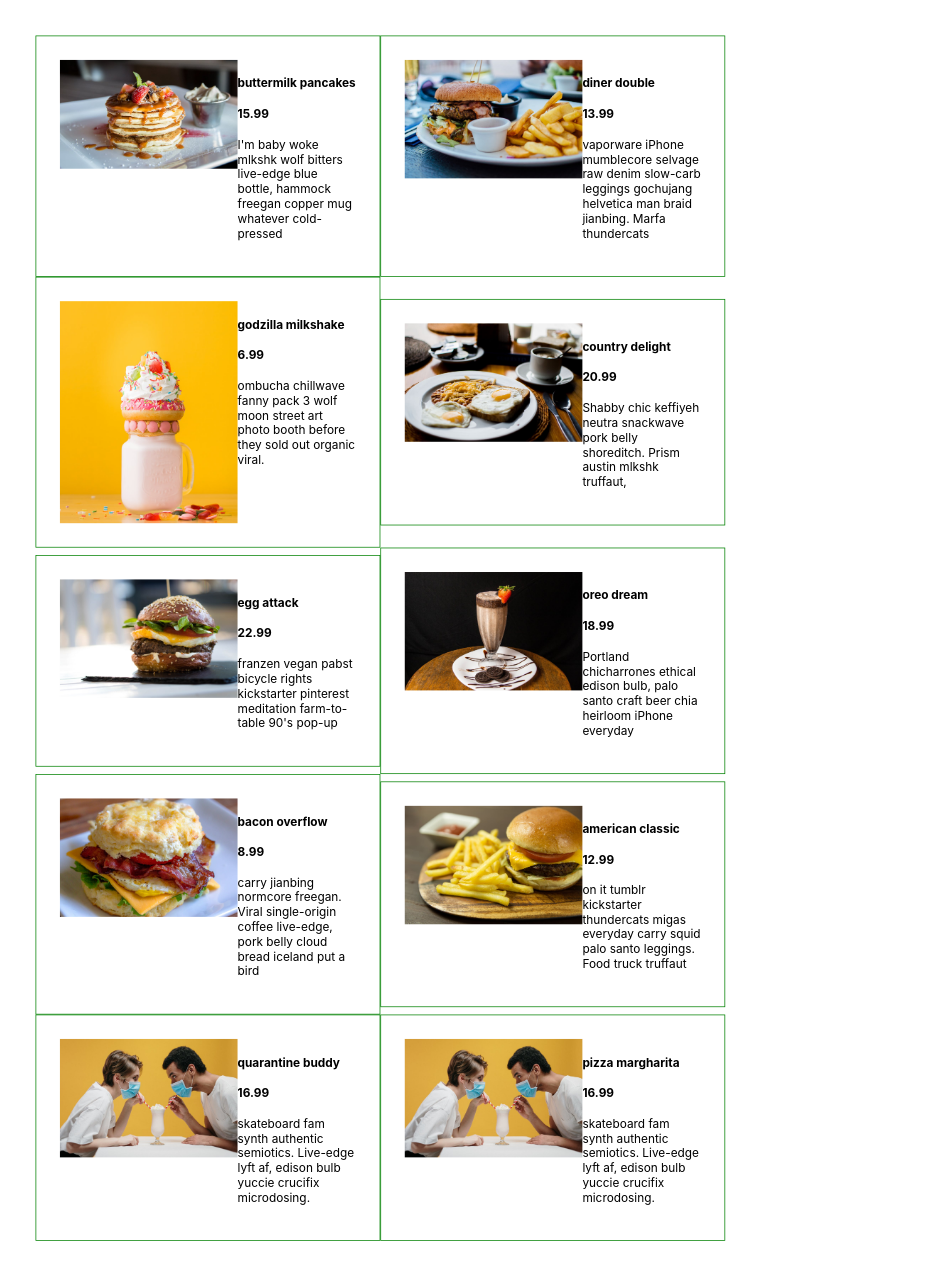
Repository: gligor99/menu-ts-react
Page: /
An editor plug-in stored every save of this project. The page is shown before and after the next save, followed by the edit.
The browser window is 1280 px wide. The pictures show the whole page, at 74% of full size.
The project was rebuilt for these pictures with package versions that can differ from the ones it lists, and the page was loaded fresh each time.

Above is the page before, as saved 2021-11-24 23:01:52.

After the next save:
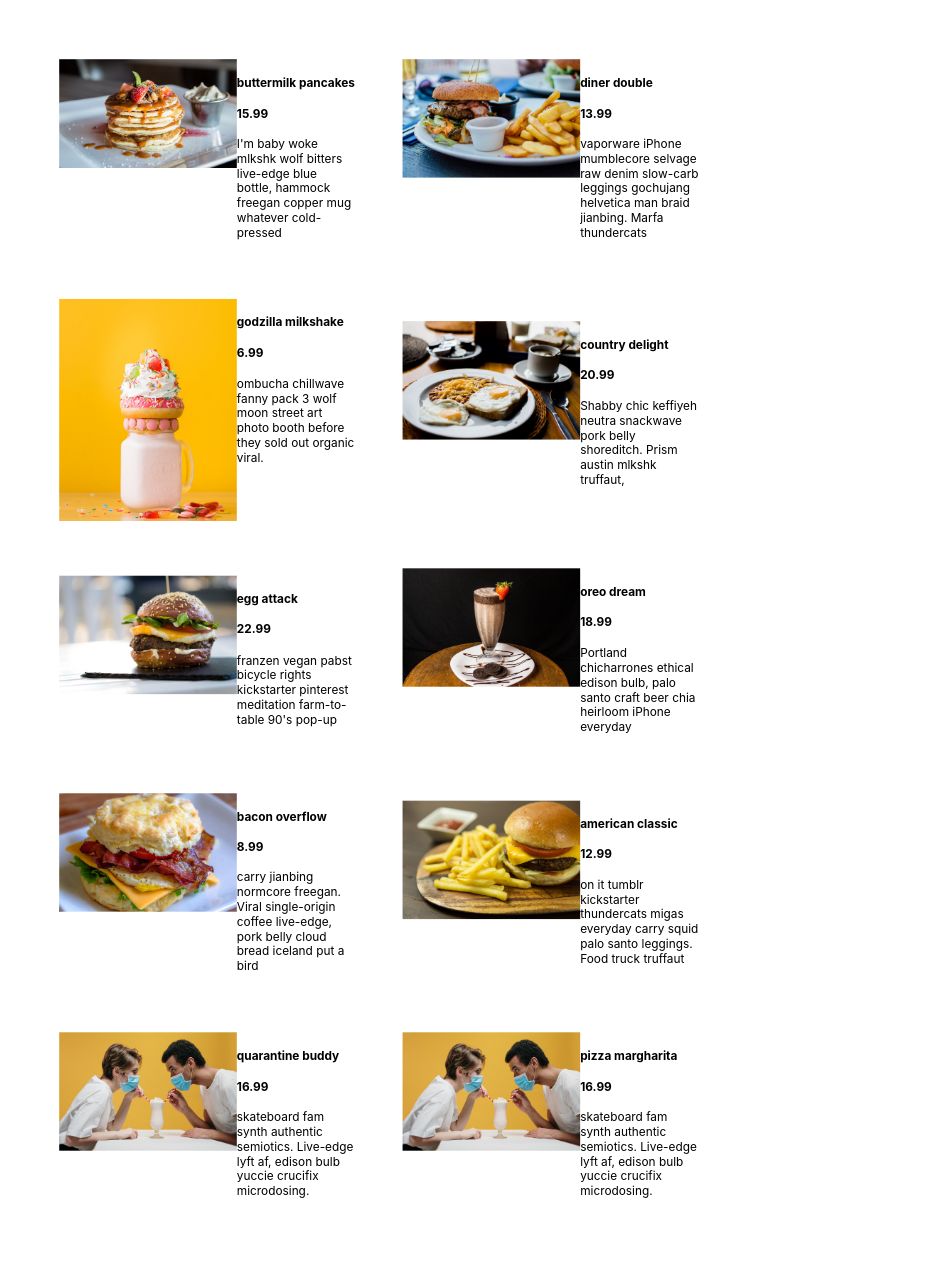
Saved 82 s later.
--- a/src/index.css
+++ b/src/index.css
@@ -27,7 +27,6 @@ code {
   display: flex;
   width: 400px;
   height: 100%;
-  border: 1px solid green;
 }
 
 
